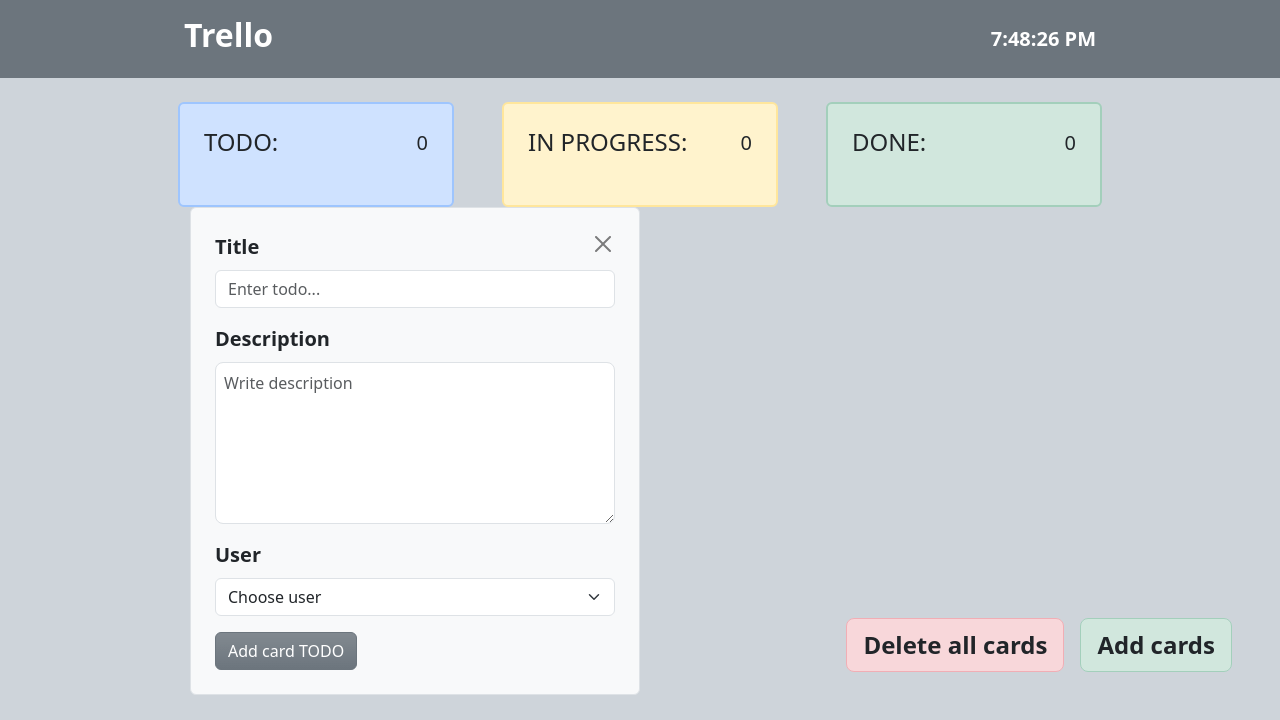
Repository: Valeria154/trello-app-clone
Page: / (app in trello-app-project/)
An editor plug-in stored every save of this project. The page is shown before and after the next save, followed by the edit.
The browser window is 1280 px wide. The pictures show the whole page.
After loading, the first visible `#addCardBtn` was clicked once.
The project was rebuilt for these pictures with package versions that can differ from the ones it lists, and the page was loaded fresh each time. Also part of the build but not shown: trello-app-project/vite.config.js.

Above is the page before, as saved 2025-03-15 20:23:53.

After the next save:
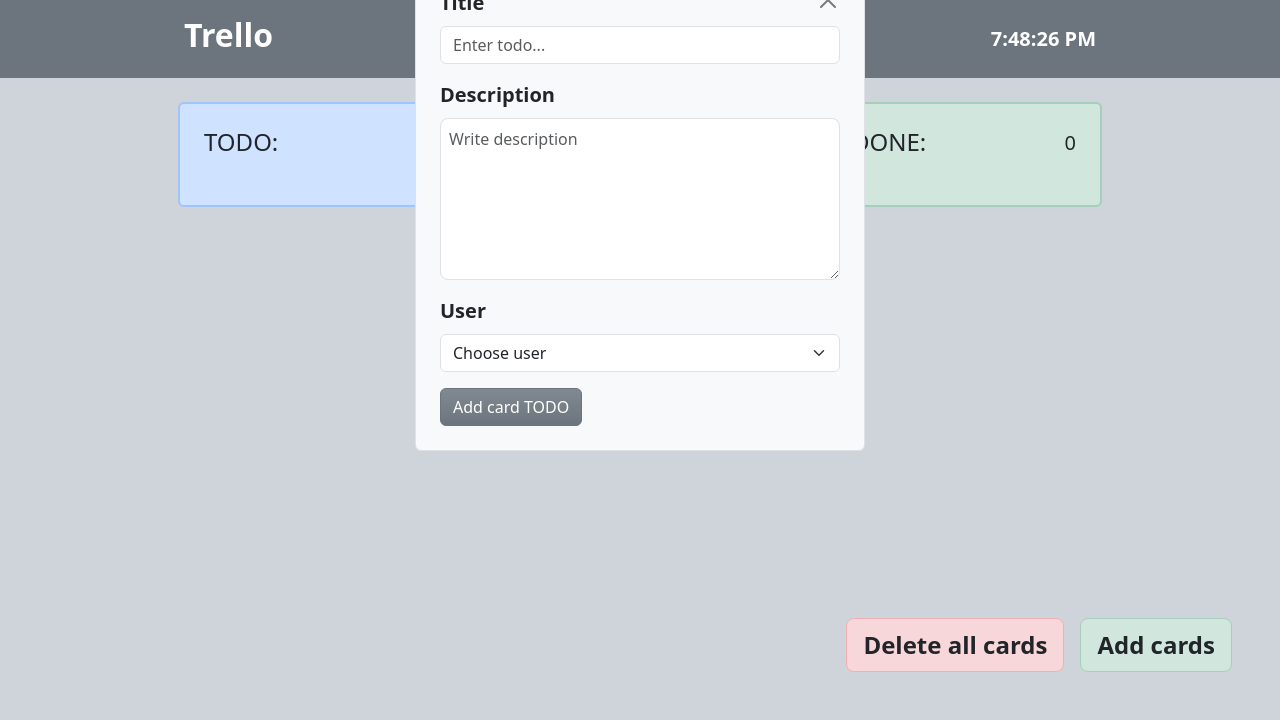
Saved 5 min 15 s later.
--- a/trello-app-project/src/main.js
+++ b/trello-app-project/src/main.js
@@ -27,7 +27,7 @@
 }
 function buildModalForm() {
 	return `
-				<form class="p-4 border rounded bg-light text-start fw-semibold w-50 position-absolute top-0 start-0">
+				<form class="p-4 border rounded bg-light text-start fw-semibold w-50 position-absolute top--25 end--25">
 					<div class="mb-3">
 						<label for="title" class="form-label fs-5">Title</label>
 						<input type="text" class="form-control" id="title" placeholder="Enter todo...">
